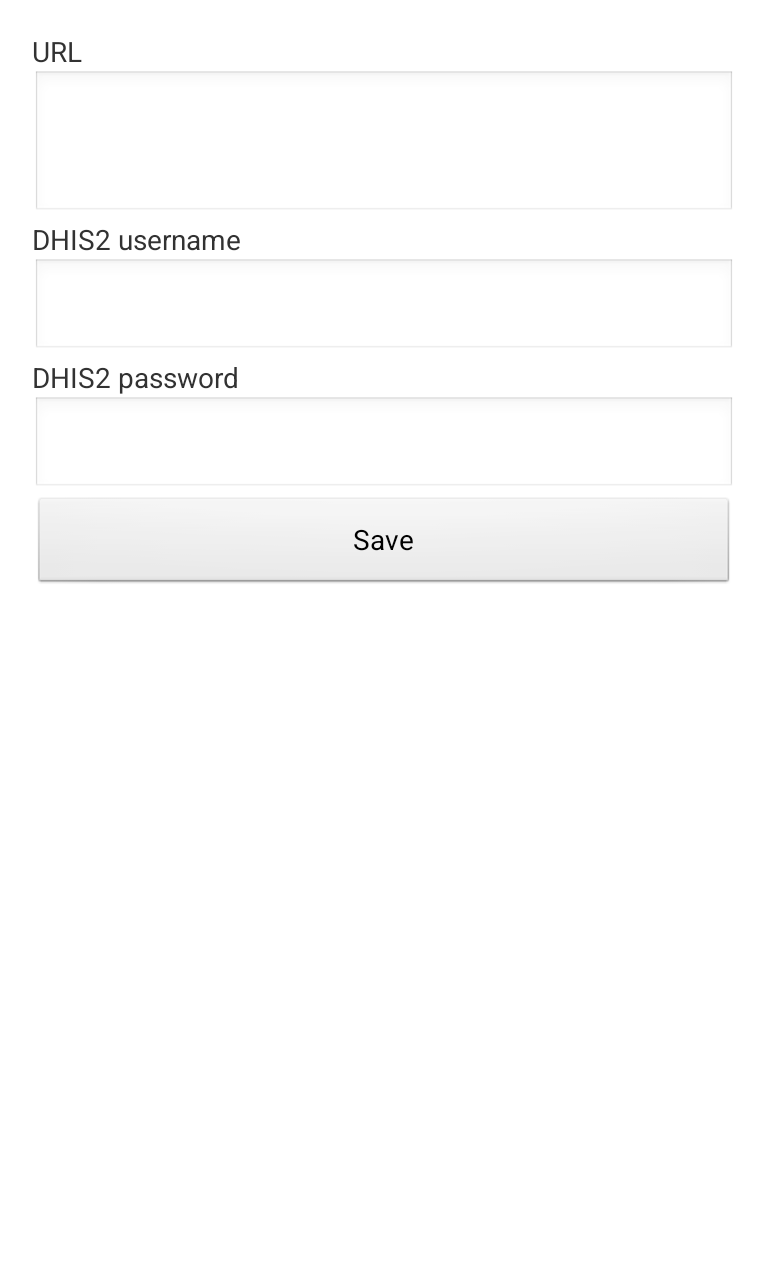
Repository: mobilars/DHIS2-SMS-Android-Gateway
Layout: DHIS2-SMS/res/layout/activity_main.xml
An editor plug-in stored every save of this project. The layout is shown before and after the next save, followed by the edit.
It is drawn on a 768 x 1280 px phone screen (xhdpi) without system bars, with theme AppTheme; the app's code is not run.

Above is the layout before, as saved 2013-04-03 12:21:07.

### DHIS2-SMS/res/layout/activity_main.xml
<RelativeLayout xmlns:android="http://schemas.android.com/apk/res/android"
    xmlns:tools="http://schemas.android.com/tools"
    android:layout_width="match_parent"
    android:layout_height="match_parent"
    android:paddingBottom="@dimen/activity_vertical_margin"
    android:paddingLeft="@dimen/activity_horizontal_margin"
    android:paddingRight="@dimen/activity_horizontal_margin"
    android:paddingTop="@dimen/activity_vertical_margin"
    tools:context=".MainActivity" >

    <LinearLayout
    android:orientation="vertical"
    android:layout_width="fill_parent"
    android:layout_height="fill_parent"
    >
    <TextView
        android:layout_width="fill_parent"
        android:layout_height="wrap_content"
        android:text="URL"
        />
    <EditText
        android:id="@+id/txtURL"
        android:layout_width="fill_parent"
        android:layout_height="150px"
        />

    <TextView
        android:layout_width="fill_parent"
        android:layout_height="wrap_content"
        android:text="DHIS2 username"
        />
    <EditText
        android:id="@+id/txtUsername"
        android:layout_width="fill_parent"
        android:layout_height="100px"
        android:gravity="top"
        />
    <TextView
        android:layout_width="fill_parent"
        android:layout_height="wrap_content"
        android:text="DHIS2 password"
        />
    <EditText
        android:id="@+id/txtPassword"
        android:layout_width="fill_parent"
        android:layout_height="100px"
        android:gravity="top"
        />

    <Button
        android:id="@+id/btnSave"
        android:layout_width="fill_parent"
        android:layout_height="wrap_content"
        android:text="Save"
        />
</LinearLayout>

</RelativeLayout>

Loaded but not shown: DHIS2-SMS/res/values/styles.xml (common file); DHIS2-SMS/res/values/dimens.xml (common file)

After the next save:
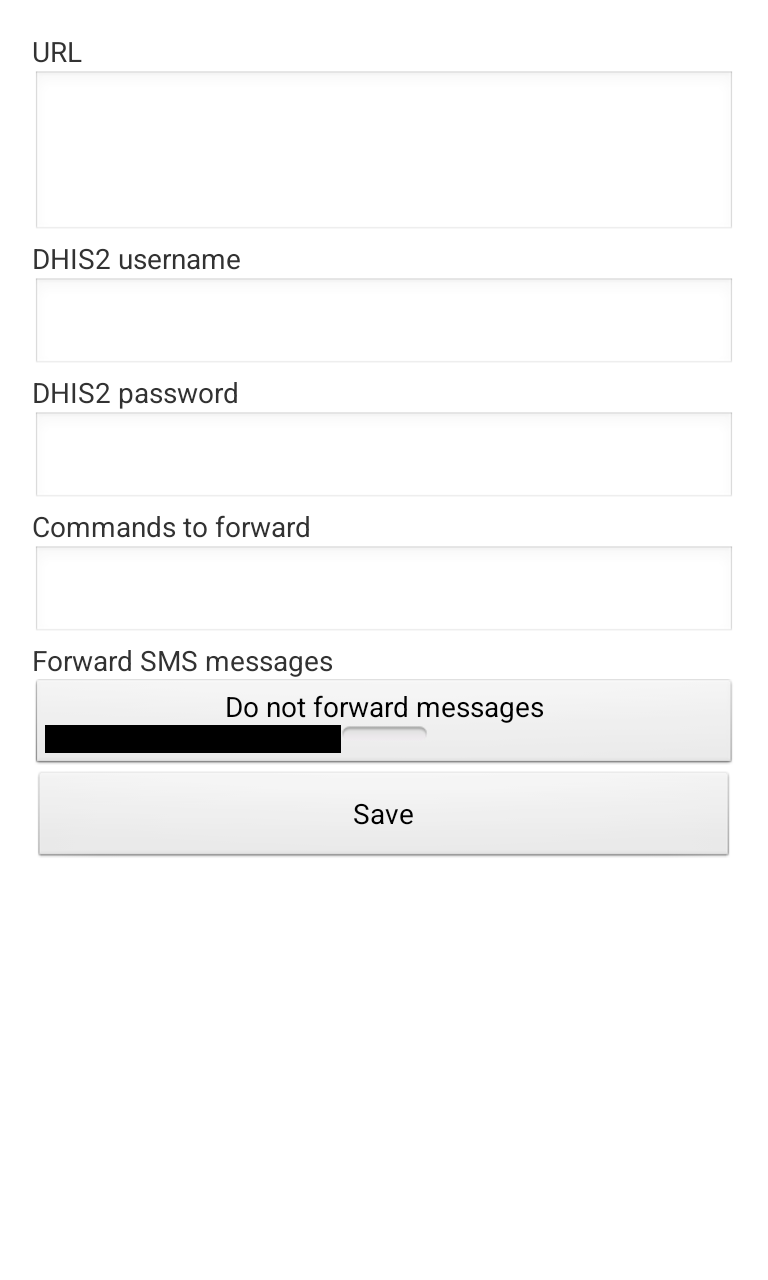
Saved 19 h 17 min later.
--- a/DHIS2-SMS/res/layout/activity_main.xml
+++ b/DHIS2-SMS/res/layout/activity_main.xml
@@ -13,39 +13,70 @@
     android:layout_width="fill_parent"
     android:layout_height="fill_parent"
     >
+
     <TextView
         android:layout_width="fill_parent"
         android:layout_height="wrap_content"
         android:text="URL"
         />
+
     <EditText
         android:id="@+id/txtURL"
         android:layout_width="fill_parent"
-        android:layout_height="150px"
-        />
+        android:layout_height="wrap_content"
+        android:lines="3" />
 
     <TextView
         android:layout_width="fill_parent"
         android:layout_height="wrap_content"
         android:text="DHIS2 username"
         />
+
     <EditText
         android:id="@+id/txtUsername"
         android:layout_width="fill_parent"
-        android:layout_height="100px"
+        android:layout_height="wrap_content"
         android:gravity="top"
-        />
+        android:lines="1" />
+
     <TextView
         android:layout_width="fill_parent"
         android:layout_height="wrap_content"
         android:text="DHIS2 password"
         />
+
     <EditText
         android:id="@+id/txtPassword"
         android:layout_width="fill_parent"
-        android:layout_height="100px"
+        android:layout_height="wrap_content"
         android:gravity="top"
-        />
+        android:lines="1" />
+
+    <TextView
+        android:layout_width="fill_parent"
+        android:layout_height="wrap_content"
+        android:text="Commands to forward" />
+
+    <EditText
+        android:id="@+id/txtCommands"
+        android:layout_width="fill_parent"
+        android:layout_height="wrap_content"
+        android:ems="10"
+        android:gravity="top"
+        android:lines="1" />
+
+    <TextView
+        android:layout_width="fill_parent"
+        android:layout_height="wrap_content"
+        android:text="Forward SMS messages" />
+
+    <ToggleButton
+        android:id="@+id/toggleForward"
+        android:layout_width="match_parent"
+        android:layout_height="wrap_content"
+        android:text="Message forwarding"
+        android:textOff="Do not forward messages"
+        android:textOn="Forward messages" />
 
     <Button
         android:id="@+id/btnSave"
